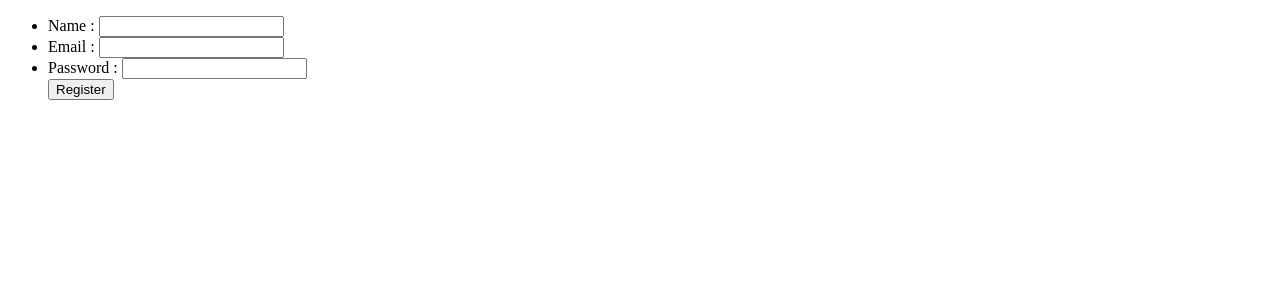
Repository: 20120090/Go_SW
Page: http://localhost/SocialNetwork/jsp/register.jsp
These files come from the project's save history. The page is drawn as it stood at one moment and after the next save; the edit follows.
The browser window is 1280 px wide. The pictures show the whole page.
The page is served by Tomcat 9. Other server files are loaded and not shown.

Above is the page before, as saved 2015-03-09 15:51:41.

### SocialNetwork/war/jsp/register.jsp

<!DOCTYPE HTML PUBLIC "-//W3C//DTD HTML 4.01 Transitional//EN"
   "http://www.w3.org/TR/html4/loose.dtd">
<html>
<head>
  <title>Welcome!</title>
</head>
<body>
    <ul>
  <form action="/social/response" method="post">
 <li> Name : <input type="text" name="uname" /> <br></li>
 <li> Email : <input type="text" name="email" /> <br></li>
<li>  Password : <input type="password" name="password" /> <br></li>
  <input type="submit" value="Register">

  </form>
   <ul>

</body>
</html>

After the next save:
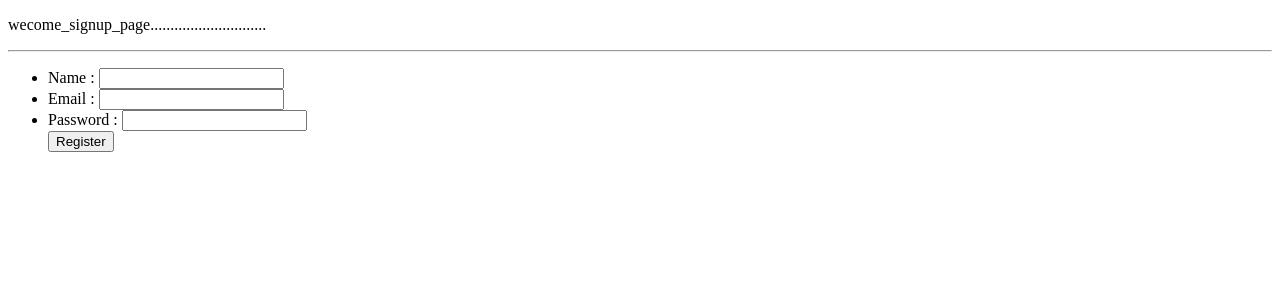
Saved 2 min 14 s later.
--- a/SocialNetwork/war/jsp/register.jsp
+++ b/SocialNetwork/war/jsp/register.jsp
@@ -6,11 +6,12 @@
   <title>Welcome!</title>
 </head>
 <body>
+<p>  wecome_signup_page............................. </p><hr/>
     <ul>
   <form action="/social/response" method="post">
- <li> Name : <input type="text" name="uname" /> <br></li>
- <li> Email : <input type="text" name="email" /> <br></li>
-<li>  Password : <input type="password" name="password" /> <br></li>
+ <li>  Name : <input type="text" name="uname" /> <br></li>
+ <li>  Email : <input type="text" name="email" /> <br></li>
+ <li>  Password : <input type="password" name="password" /> <br></li>
   <input type="submit" value="Register">
 
   </form>
